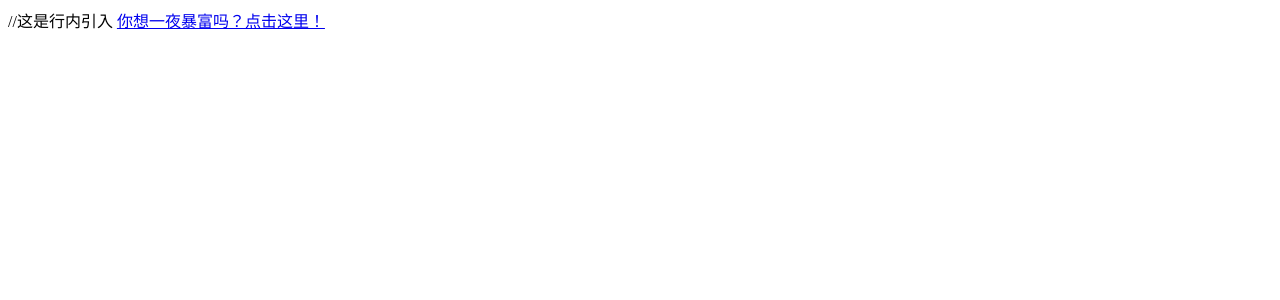
Repository: lqcoffical/basic-frontCode
Page: js/js引入.html
These files come from the project's save history. The page is drawn as it stood at one moment and after the next save; the edit follows.
The browser window is 1280 px wide. The pictures show the whole page.

Above is the page before, as saved 2019-10-23 10:17:44.
Console error: ReferenceError: 大傻屌 is not defined

### js/js引入.html
<!DOCTYPE html>
<html lang="en">
<head>
    <meta charset="UTF-8">
    <meta name="viewport" content="width=device-width, initial-scale=1.0">
    <meta http-equiv="X-UA-Compatible" content="ie=edge">
    <title>Document</title>
</head>
<body>
    //这是行内引入
    <a href="javaScript:alert('那是不可能地！');">你想一夜暴富吗？点击这里！</a>
    <script>
        //这是内部引入
        alert(大傻屌);
    </script>
    <script>
        alert(害他妈戴眼镜呢，我徒弟呢！);
    </script>
</body>
</html>

After the next save:
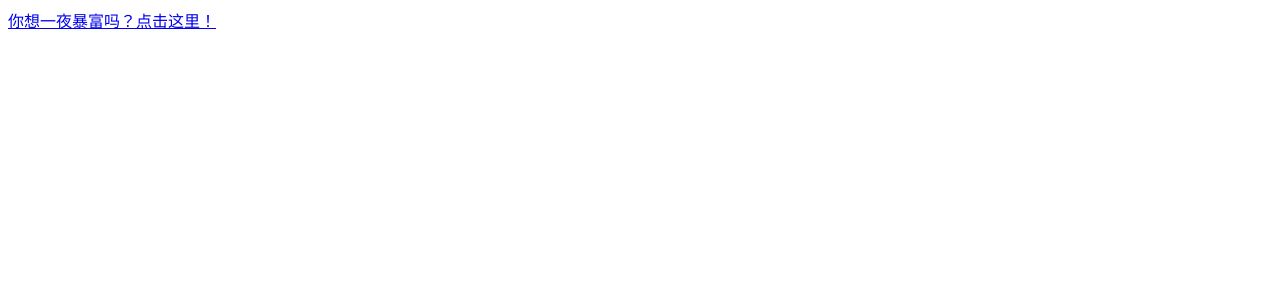
Saved 24 s later.
--- a/js/js引入.html
+++ b/js/js引入.html
@@ -7,7 +7,7 @@
     <title>Document</title>
 </head>
 <body>
-    //这是行内引入
+    <!-- 这是行内引入 -->
     <a href="javaScript:alert('那是不可能地！');">你想一夜暴富吗？点击这里！</a>
     <script>
         //这是内部引入
